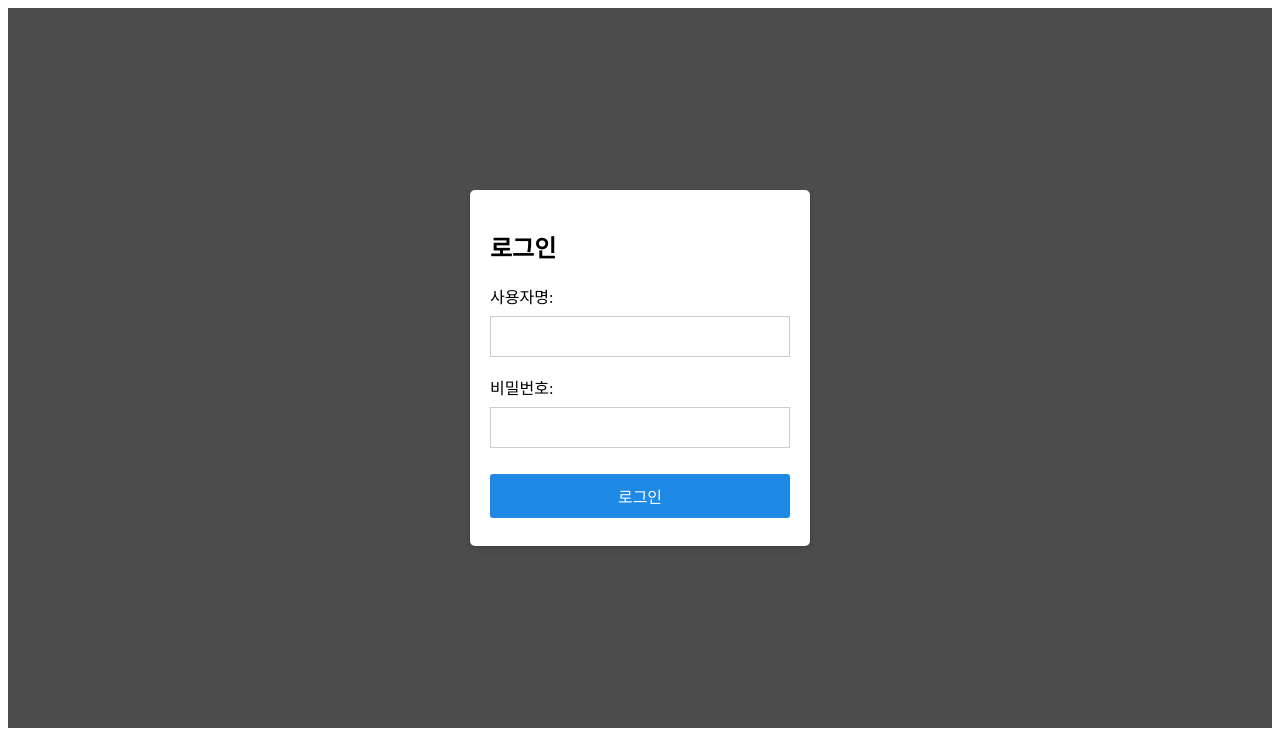
Repository: NewTurn2017/MyChome
Page: index.html
An editor plug-in stored every save of this project. The page is shown before and after the next save, followed by the edit.
The browser window is 1280 px wide. The pictures show the whole page.
The page's requests for data from a server got no answer.

Above is the page before, as saved 2023-04-18 01:30:09.

After the next save:
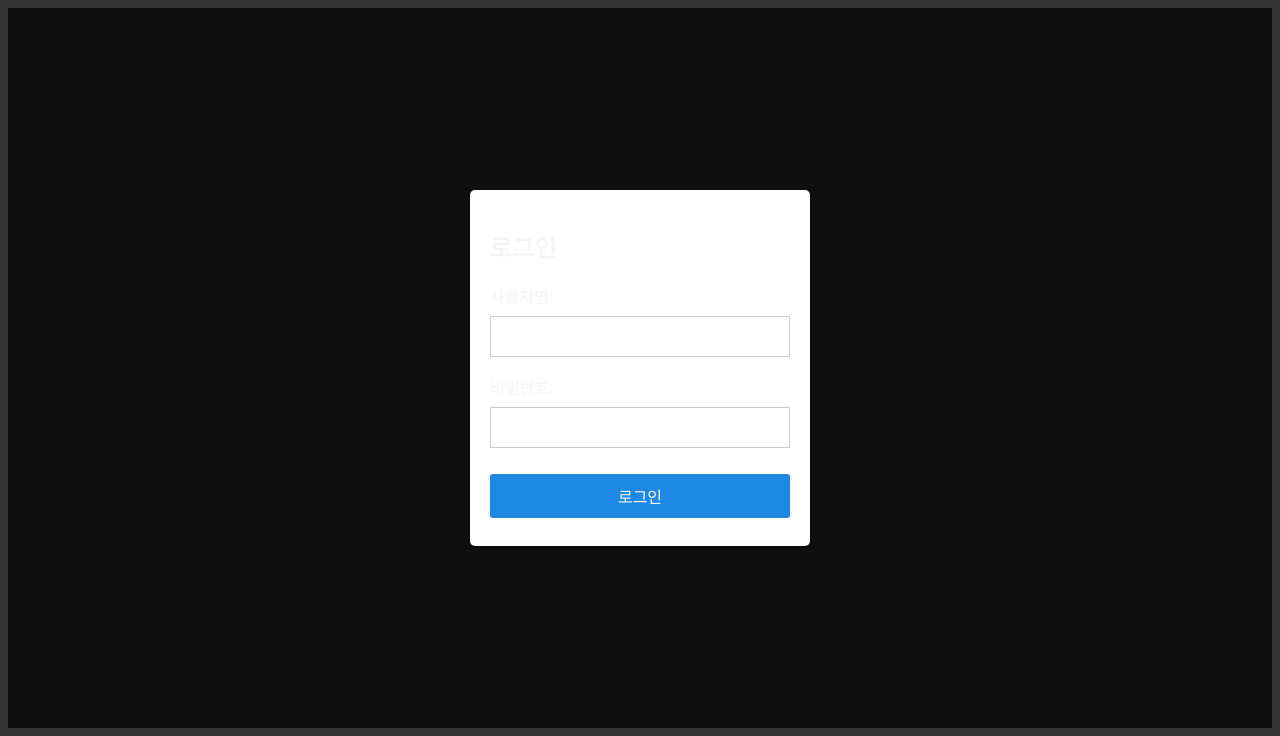
Saved 4 min 3 s later.
--- a/style.css
+++ b/style.css
@@ -1,3 +1,9 @@
+body {
+  background-color: #333; /* 어두운 배경 색상 */
+  color: #f5f5f5; /* 글자 색상을 흰색 톤으로 변경 */
+  font-family: Arial, sans-serif; /* 기본 폰트 */
+}
+
 .modal {
   display: none;
   position: fixed;
